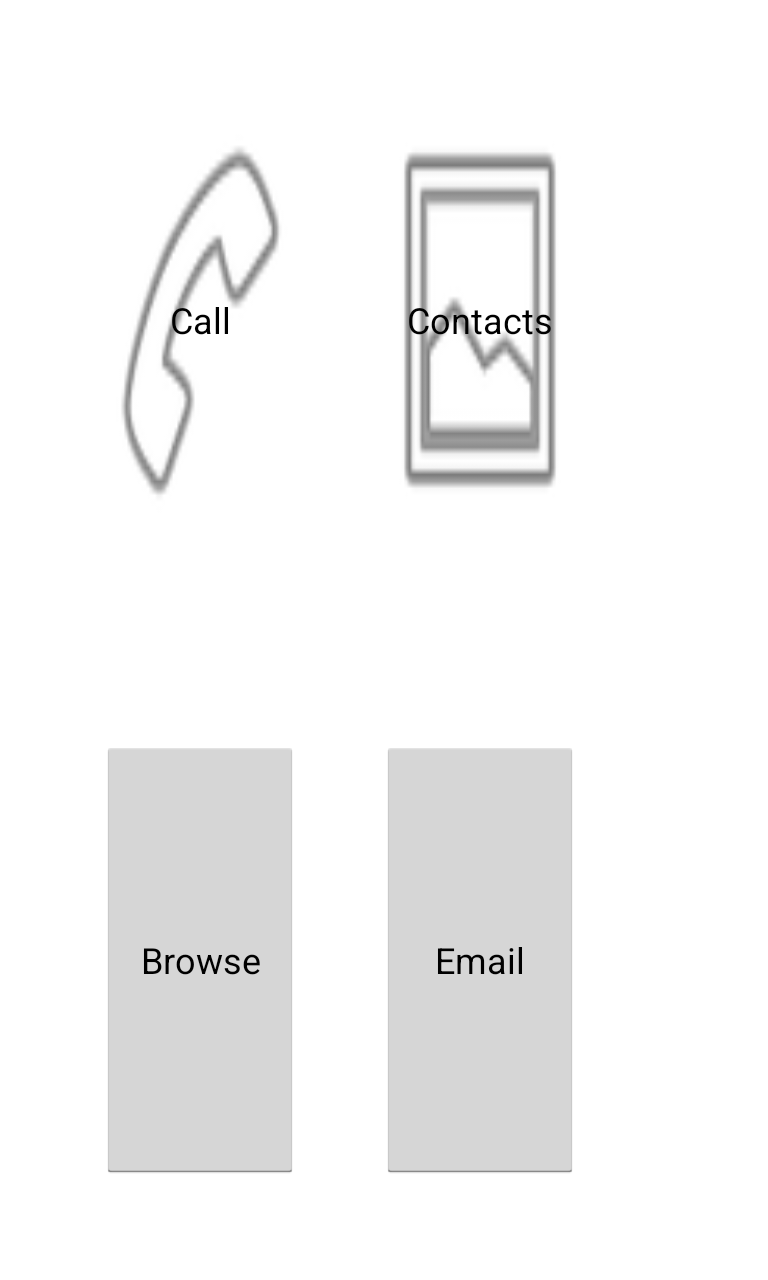
Repository: AnithaGorli/Android
Layout: ImplicitIntentApplication/res/layout/implicitintent.xml
An editor plug-in stored every save of this project. The layout is shown before and after the next save, followed by the edit.
It is drawn on a 768 x 1280 px phone screen (xhdpi) without system bars, with theme AppTheme; the app's code is not run.

Above is the layout before, as saved 2014-09-10 10:44:59.

After the next save:
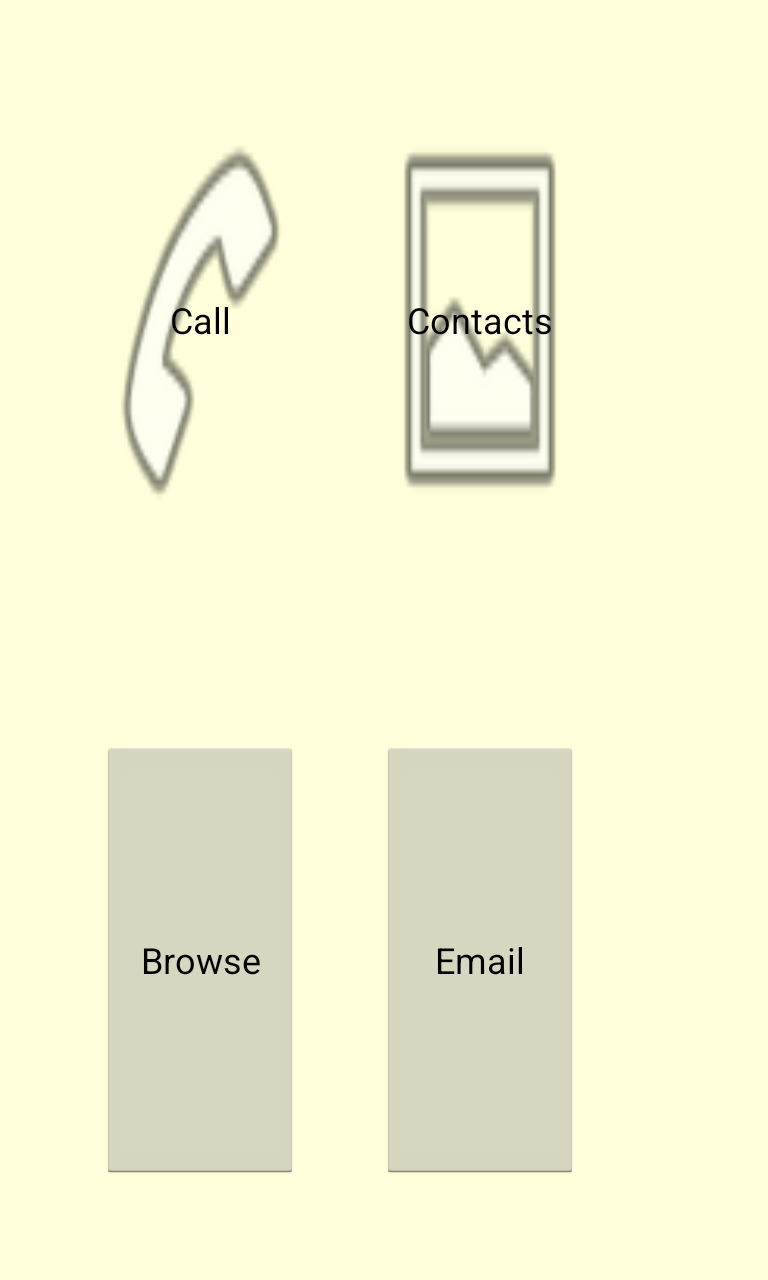
Saved 26 min 39 s later.
--- a/ImplicitIntentApplication/res/layout/implicitintent.xml
+++ b/ImplicitIntentApplication/res/layout/implicitintent.xml
@@ -3,61 +3,55 @@
     android:layout_width="match_parent"
     android:layout_height="match_parent"
     android:orientation="vertical"
-    android:weightSum="2">
-
+    android:weightSum="2"
+    android:background="#FFFFDB" >
 
     <LinearLayout
         android:id="@+id/l1"
-         android:layout_width="match_parent"
-    android:layout_height="wrap_content"
-    android:orientation="horizontal"
-    android:layout_weight="1"
-    android:layout_margin="30dp"
-     >
-    <Button
-         android:id="@+id/call_btn"
-          android:layout_width="100dp"
-        android:layout_height="match_parent"
-        android:text="@string/call"
-        android:layout_margin="20dp"
-        android:background="@android:drawable/ic_menu_call"/>
+        android:layout_width="match_parent"
+        android:layout_height="wrap_content"
+        android:layout_margin="30dp"
+        android:layout_weight="1"
+        android:orientation="horizontal" >
 
+        <Button
+            android:id="@+id/call_btn"
+            android:layout_width="100dp"
+            android:layout_height="match_parent"
+            android:layout_margin="20dp"
+            android:background="@android:drawable/ic_menu_call"
+            android:text="@string/call" />
 
-
-    <Button
-         android:id="@+id/contacts_btn"
-         android:layout_width="100dp"
-        android:layout_height="match_parent"
-        android:text="@string/contacts"
-        android:layout_margin="20dp"
-        android:background="@android:drawable/ic_menu_gallery"/>
-
-
-     </LinearLayout>
-
+        <Button
+            android:id="@+id/contacts_btn"
+            android:layout_width="100dp"
+            android:layout_height="match_parent"
+            android:layout_margin="20dp"
+            android:background="@android:drawable/ic_menu_gallery"
+            android:text="@string/contacts" />
+    </LinearLayout>
 
     <LinearLayout
         android:id="@+id/l2"
-         android:layout_width="match_parent"
-    android:layout_height="wrap_content"
-    android:orientation="horizontal"
-    android:layout_weight="1"
-    android:layout_margin="30dp" >
+        android:layout_width="match_parent"
+        android:layout_height="wrap_content"
+        android:layout_margin="30dp"
+        android:layout_weight="1"
+        android:orientation="horizontal" >
 
-    <Button
-         android:id="@+id/browse_btn"
-         android:layout_width="100dp"
-        android:layout_height="match_parent"
-        android:text="@string/browse"
-        android:layout_margin="20dp"
+        <Button
+            android:id="@+id/browse_btn"
+            android:layout_width="100dp"
+            android:layout_height="match_parent"
+            android:layout_margin="20dp"
+            android:text="@string/browse" />
 
-        />
-    <Button
-         android:id="@+id/email_btn"
-          android:layout_width="100dp"
-        android:layout_height="match_parent"
-        android:text="@string/email"
-        android:layout_margin="20dp"/>
+        <Button
+            android:id="@+id/email_btn"
+            android:layout_width="100dp"
+            android:layout_height="match_parent"
+            android:layout_margin="20dp"
+            android:text="@string/email" />
+    </LinearLayout>
 
-    </LinearLayout>
 </LinearLayout>
